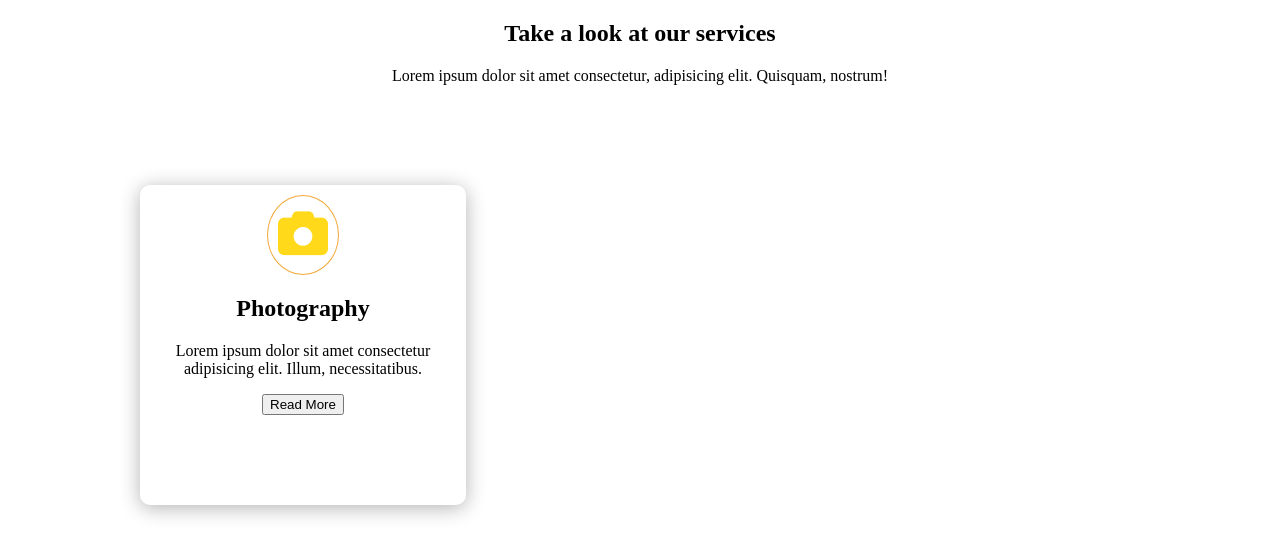
Repository: truongtn04/f8-fullstack-k5
Page: day05/ex03.html
An editor plug-in stored every save of this project. The page is shown before and after the next save, followed by the edit.
The browser window is 1280 px wide. The pictures show the whole page.

Above is the page before, as saved 2023-12-04 11:48:22.

After the next save:
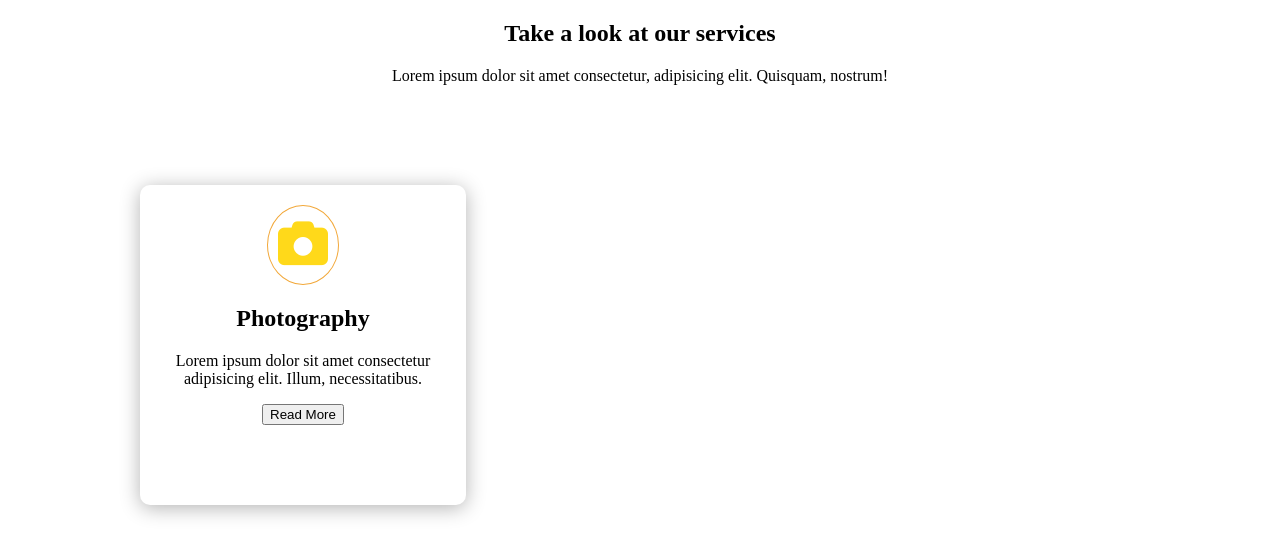
Saved 14 s later.
--- a/day05/css/ex03.css
+++ b/day05/css/ex03.css
@@ -15,7 +15,7 @@ section{
 }
 .item span{
     display: inline-block;
-    /* margin-top: 30px; */
+    margin-top: 10px;
     padding: 10px;
     border: 1px solid #f2a83a;
     border-radius: 50%;
